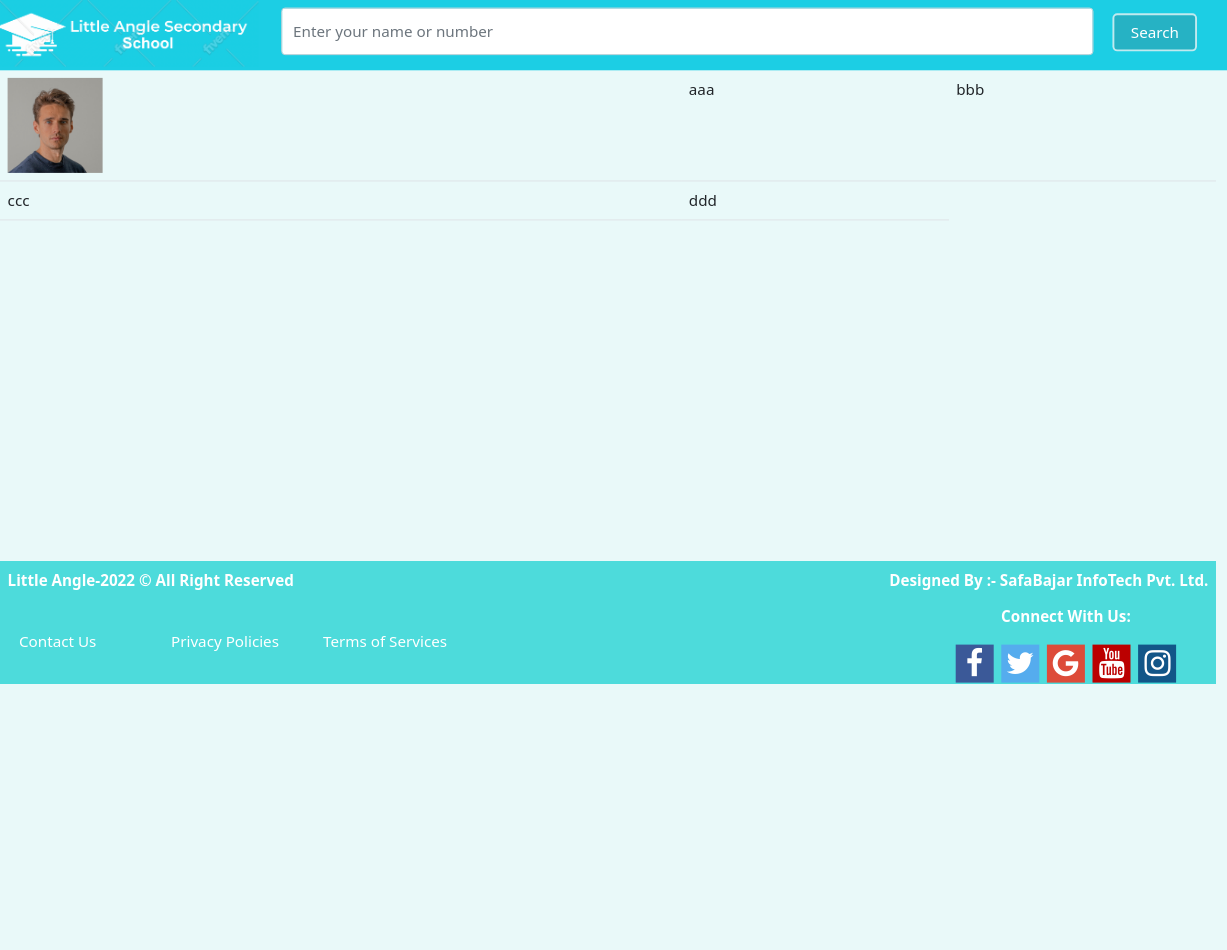
Repository: Sjuicyy/School-Project
Page: profilesview.html
An editor plug-in stored every save of this project. The page is shown before and after a run of saves, followed by the edit.
The browser window is 1280 px wide. The page is 1292 px wide, so the pictures cover 1292 px, including what lies to the right of the window. The pictures show the whole page, at 95% of full size.

Above is the page before, as saved 2022-09-22 11:36:01.

After the next 3 saves:
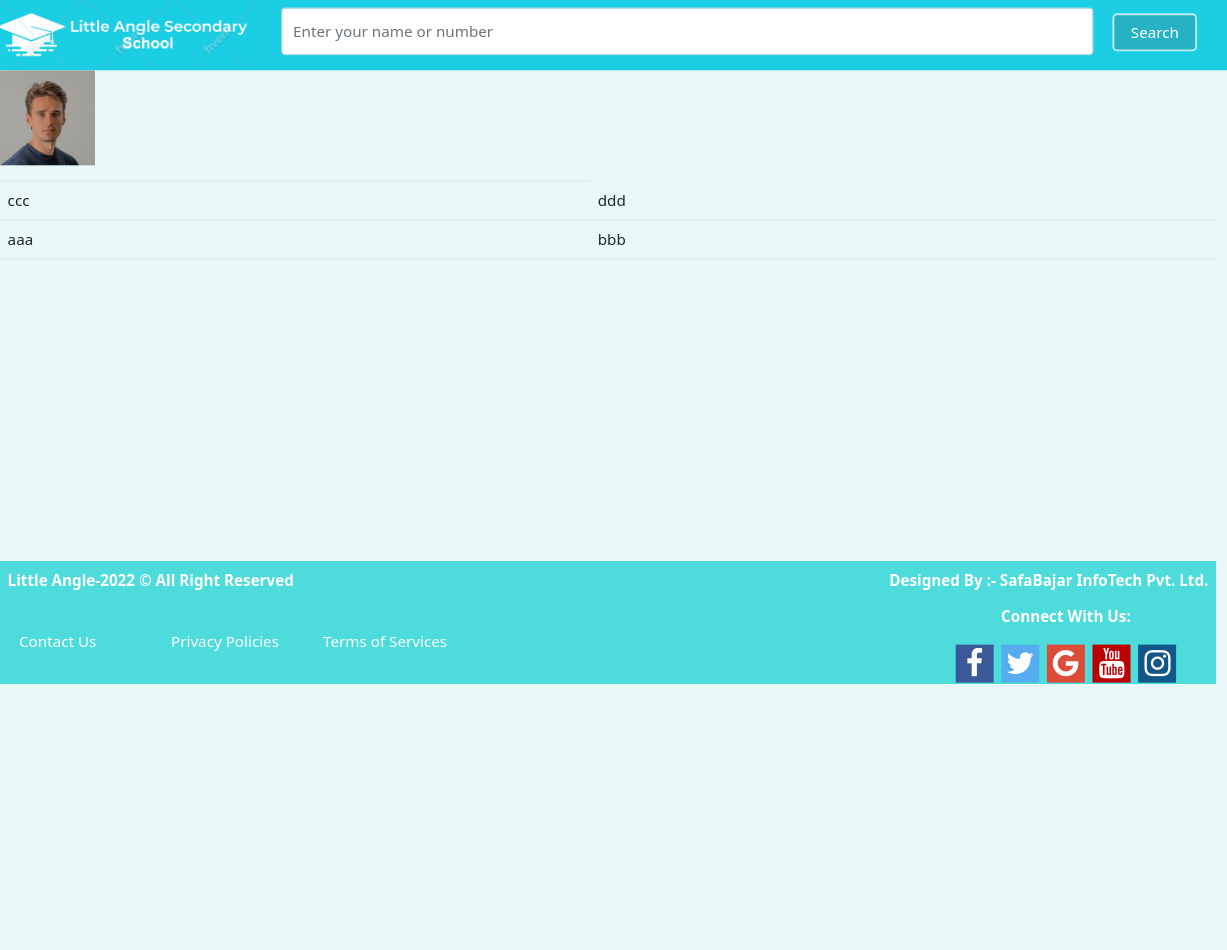
The 3 saves are shown as one change because they came seconds apart.
The last was saved 42 s later.
--- a/profilesview.html
+++ b/profilesview.html
@@ -238,13 +238,13 @@
             <tbody class="table-border-bottom-0">
                 <tr class="text-nowrap">
                     <td>
+                        <tr>
+                            <td>ccc</td>
+                            <td>ddd</td>
+                        </tr>
                         <img src="./profile pic.jpg" width="100px" alt="">
                             <td>aaa</td>
                             <td>bbb</td>
-                        </tr>
-                        <tr>
-                            <td>ccc</td>
-                            <td>ddd</td>
                         </tr>
                     </td>
 
